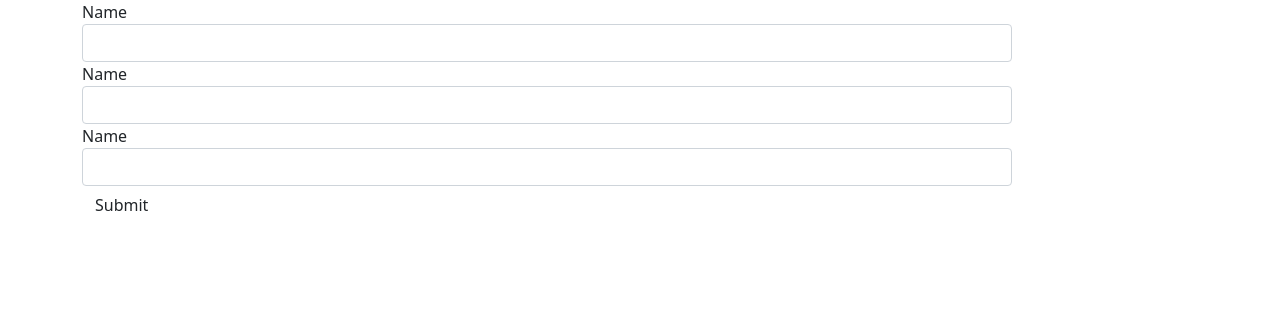
Repository: valletivarish/monojsp
Page: http://localhost/10-student-mvc-db/add-student.jsp
These files come from the project's save history. The page is drawn as it stood at one moment and after the next save; the edit follows.
The browser window is 1280 px wide. The pictures show the whole page.
The page is served by Tomcat 9. Other server files are loaded and not shown.

Above is the page before, as saved 2024-07-17 07:25:47.

### 10-student-mvc-db/WebContent/add-student.jsp
<%@ page language="java" contentType="text/html; charset=ISO-8859-1"
    pageEncoding="ISO-8859-1"%>
<!DOCTYPE html>
<html>
<head>
<meta charset="ISO-8859-1">
<title>Insert title here</title>
<link
	href="https://cdn.jsdelivr.net/npm/bootstrap@5.0.2/dist/css/bootstrap.min.css"
	rel="stylesheet"
	integrity="sha384-EVSTQN3/azprG1Anm3QDgpJLIm9Nao0Yz1ztcQTwFspd3yD65VohhpuuCOmLASjC"
	crossorigin="anonymous">
<script
	src="https://cdn.jsdelivr.net/npm/bootstrap@5.0.2/dist/js/bootstrap.bundle.min.js"
	integrity="sha384-MrcW6ZMFYlzcLA8Nl+NtUVF0sA7MsXsP1UyJoMp4YLEuNSfAP+JcXn/tWtIaxVXM"
	crossorigin="anonymous"></script>
</head>
<body>
	<div class="container" my-5>
		<form action="student" method="post">
			<div class="col-sm-10">
				<label for="name">Name</label>
				<input type="text" name="name" id="name" class="form-control">
			</div>
			<div class="col-sm-10">
				<label for="name">Name</label>
				<input type="text" name="name" id="name" class="form-control">
			</div>
			<div class="col-sm-10">
				<label for="name">Name</label>
				<input type="text" name="name" id="name" class="form-control">
			</div>
			<div class="col-sm-10">
				<input type="submit" value="Submit" class="btn btn primary">
			</div>
		</form>
	</div>
</body>
</html>

After the next save:
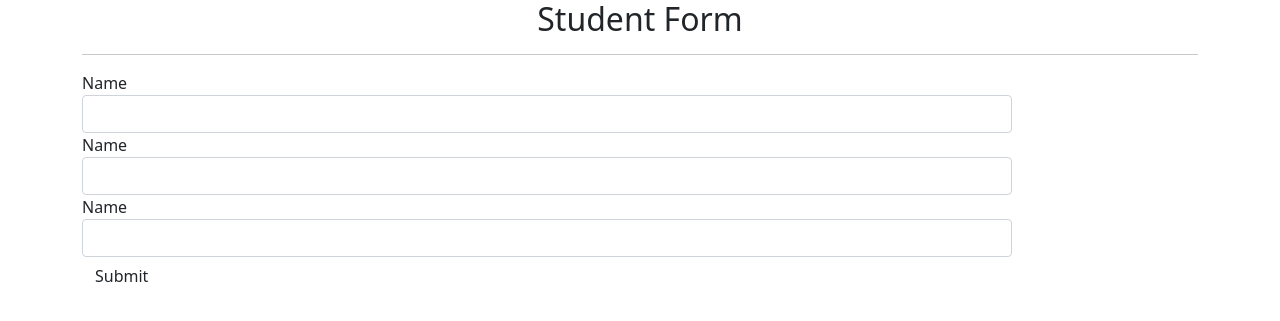
Saved 92 s later.
--- a/10-student-mvc-db/WebContent/add-student.jsp
+++ b/10-student-mvc-db/WebContent/add-student.jsp
@@ -1,5 +1,5 @@
 <%@ page language="java" contentType="text/html; charset=ISO-8859-1"
-    pageEncoding="ISO-8859-1"%>
+	pageEncoding="ISO-8859-1"%>
 <!DOCTYPE html>
 <html>
 <head>
@@ -17,18 +17,20 @@
 </head>
 <body>
 	<div class="container" my-5>
+		<h2 class="text-center">Student Form</h2>
+		<hr>
 		<form action="student" method="post">
 			<div class="col-sm-10">
-				<label for="name">Name</label>
-				<input type="text" name="name" id="name" class="form-control">
+				<label for="name">Name</label> <input type="text" name="name"
+					id="name" class="form-control">
 			</div>
 			<div class="col-sm-10">
-				<label for="name">Name</label>
-				<input type="text" name="name" id="name" class="form-control">
+				<label for="name">Name</label> <input type="text" name="name"
+					id="name" class="form-control">
 			</div>
 			<div class="col-sm-10">
-				<label for="name">Name</label>
-				<input type="text" name="name" id="name" class="form-control">
+				<label for="name">Name</label> <input type="text" name="name"
+					id="name" class="form-control">
 			</div>
 			<div class="col-sm-10">
 				<input type="submit" value="Submit" class="btn btn primary">
